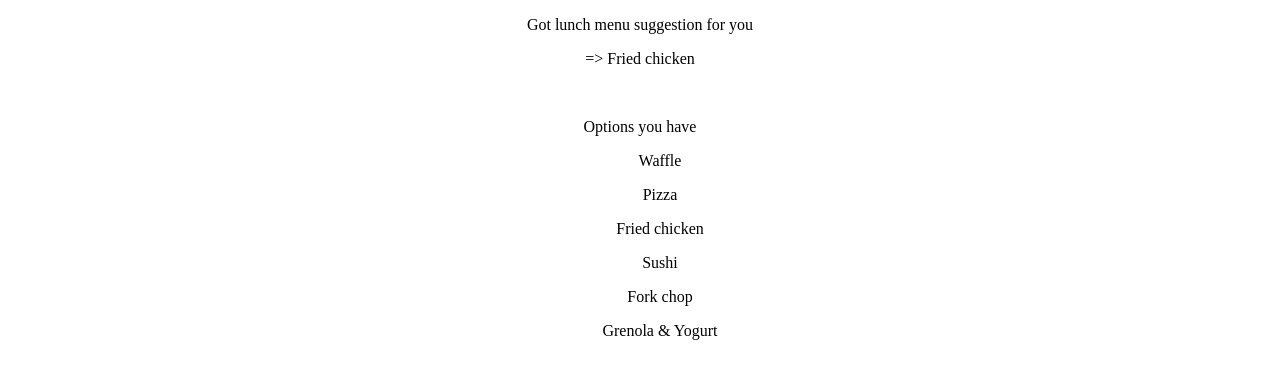
Repository: chloe-codes1/Django
Page: http://localhost/lunch/
The author's editor kept a record of every edit. The page is drawn from the files as they stood at one moment, then again after the next edit.
The browser window is 1280 px wide. The pictures show the whole page.
The page is served by the project's application, run on Django 2.2 (live/django_intro/manage.py).

Above is the page before.

After the next edit:
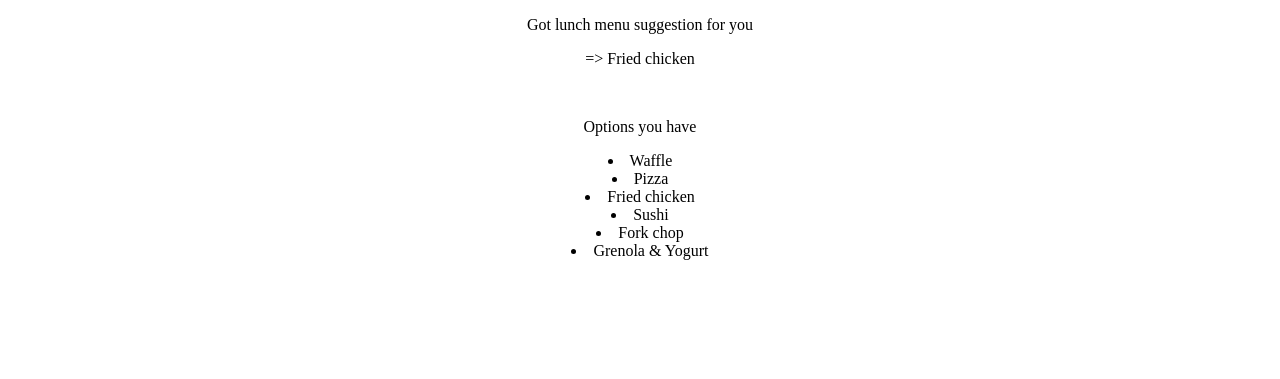
The edit:
--- a/live/django_intro/pages/templates/lunch.html
+++ b/live/django_intro/pages/templates/lunch.html
@@ -18,9 +18,8 @@
 
     <br>
     <p>Options you have</p>
-    <ul>
     {% for option in options %}
-       <p>{{option}}</p>
+       <li>{{option}}</li>
     {% endfor %}
     </ul>
     </div>
